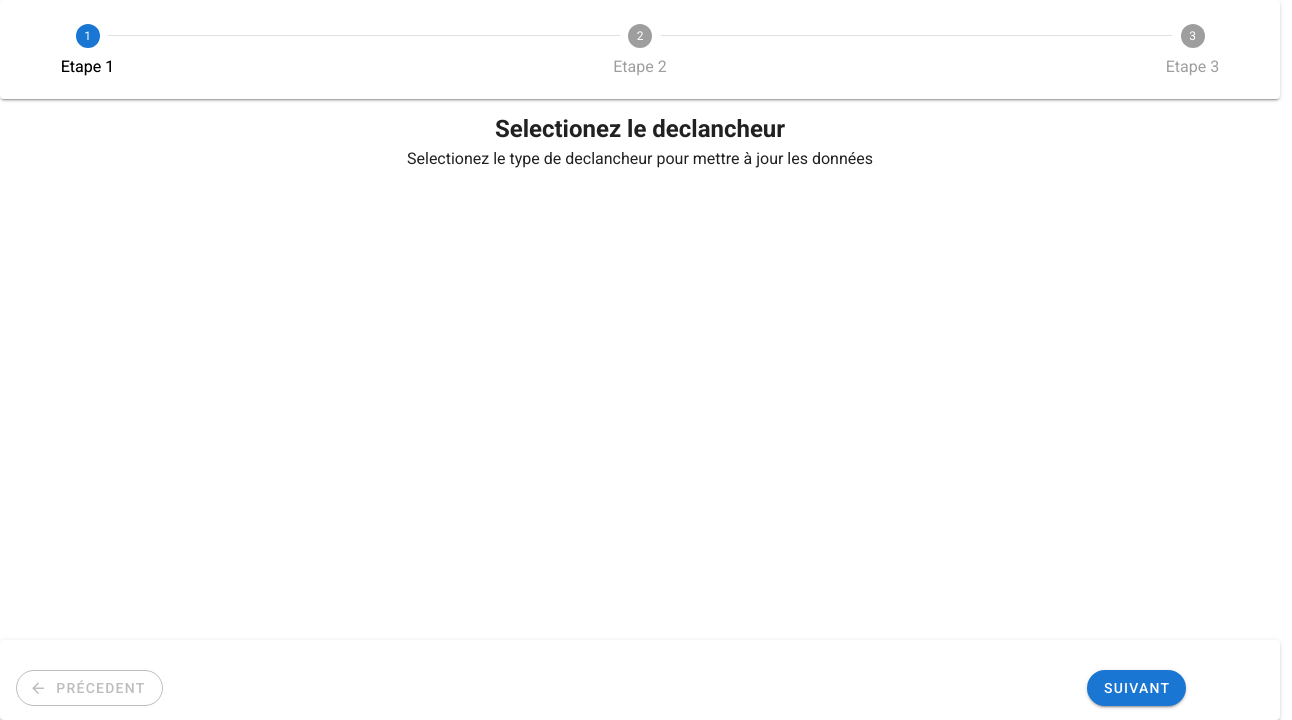
Repository: SidneyHodieb/myc
Page: /addsource/trigger
These files come from the project's save history. The page is drawn as it stood at one moment and after the next save; the edit follows.
The browser window is 1280 px wide. The page is 1292 px wide, so the pictures cover 1292 px, including what lies to the right of the window. The pictures show the whole page.
The project was rebuilt for these pictures with package versions that can differ from the ones it lists, and the page was loaded fresh each time. Also part of the build but not shown: vue.config.js, src/views/Home.vue, src/views/addSource/components/format.vue, src/views/addSource/components/card.vue.

Above is the page before, as saved 2021-04-07 04:22:00.

After the next save:
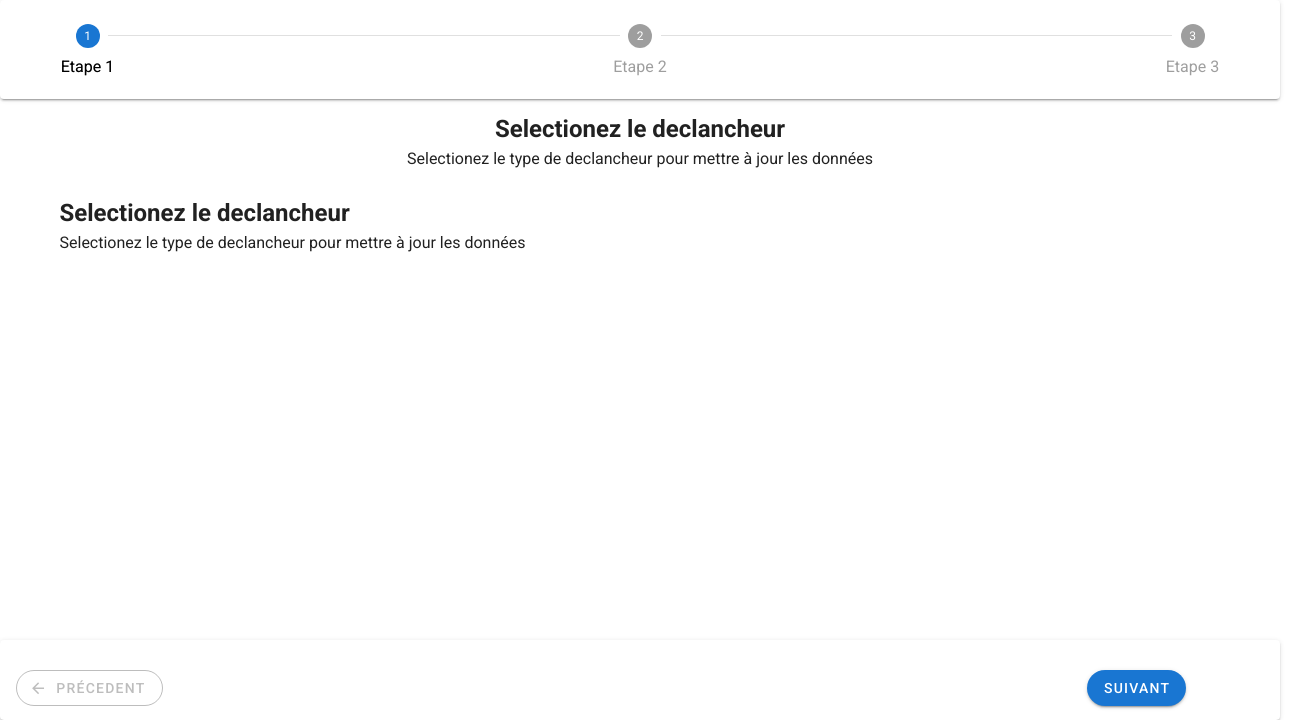
Saved 34 s later.
--- a/src/views/addSource/components/trigger.vue
+++ b/src/views/addSource/components/trigger.vue
@@ -2,6 +2,10 @@
   <v-container grid-list-xs>
     <v-row>
       <v-col md="12" sm="12" class="text-center">
+        <h2>Selectionez le declancheur</h2>
+        <span>Selectionez le type de declancheur pour mettre à jour les données</span>
+      </v-col>
+      <v-col md="12" sm="6">
         <h2>Selectionez le declancheur</h2>
         <span>Selectionez le type de declancheur pour mettre à jour les données</span>
       </v-col>
